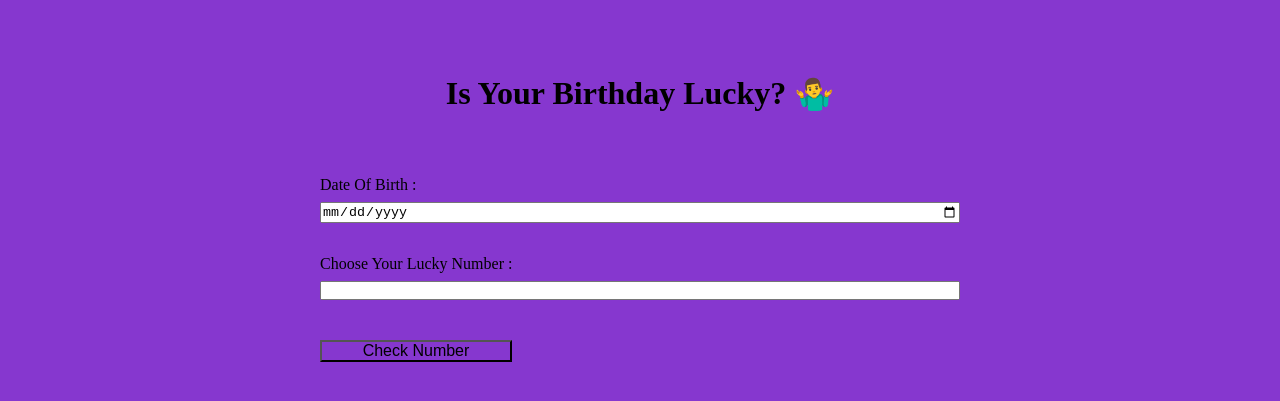
Repository: patelamancode/Lucky-Birthday-App
Page: index.html
An editor plug-in stored every save of this project. The page is shown before and after the next save, followed by the edit.
The browser window is 1280 px wide. The pictures show the whole page.

Above is the page before, as saved 2022-11-21 17:16:09.

After the next save:
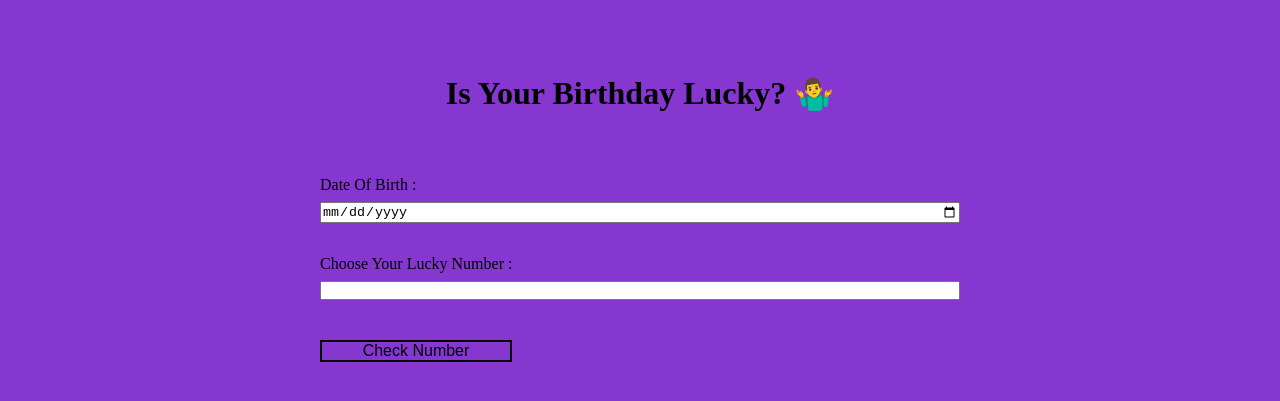
Saved 40 s later.
--- a/index.css
+++ b/index.css
@@ -34,5 +34,5 @@
     background-color: rgb(134, 55, 207);
     width: 30%;
     font-size: 1rem;
-    border-radius: 2px solid black;
+    border: 2px solid black;
  }
